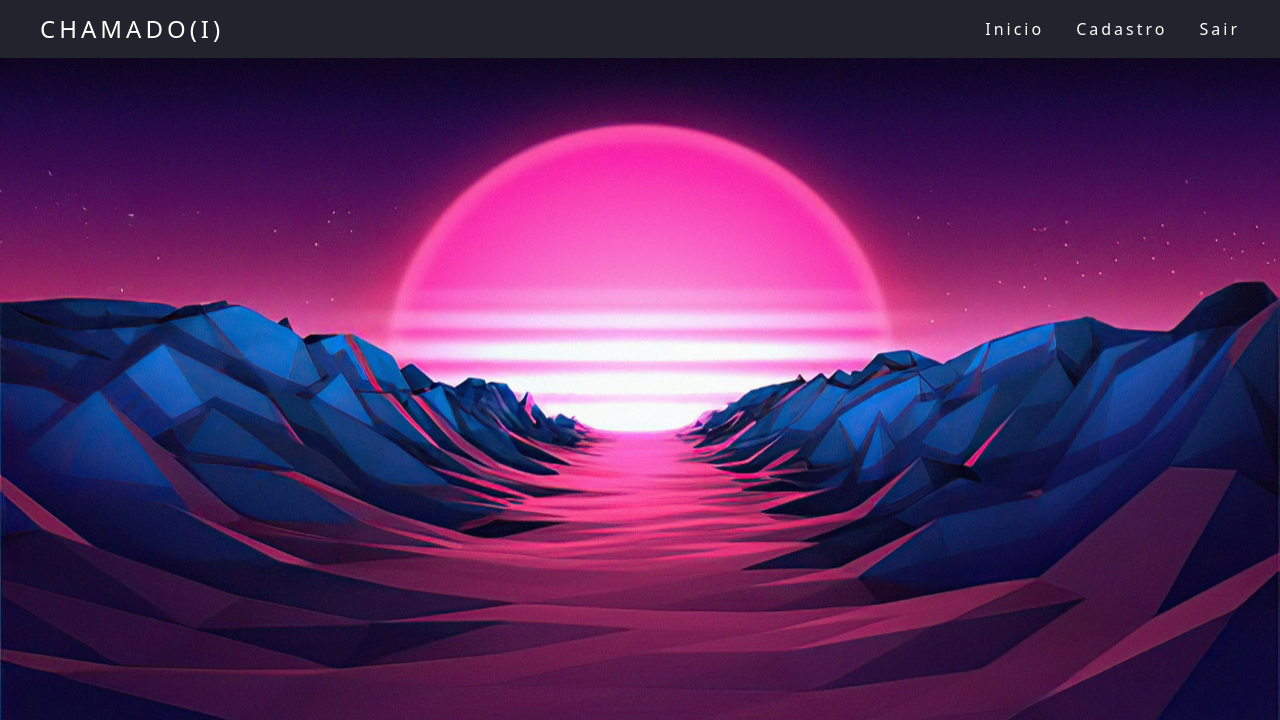
Repository: isaquemc2001/isaque-utilities
Page: index.html
The author's editor kept a copy of each file at every save. The page is drawn from the files as they stood at one save, then again after the next save.
The browser window is 1280 px wide. The pictures show the whole page.

Above is the page before, as saved 2021-10-28 12:51:00.

### index.html
<!DOCTYPE html>
<html lang="pt-br">

<head>
    <meta charset="UTF-8" />
    <meta http-equiv="X-UA-Compatible" content="IE=edge" />
    <meta name="viewport" content="width=device-width, initial-scale=1.0" />
    <title>Navbar</title>
    <link rel="stylesheet" href="style.css" />
</head>

<body>
    <header>
        <nav>
            <a class="logo" href="/">Chamado(i)</a>
            <div class="mobile-menu">
                <div class="line1"></div>
                <div class="line2"></div>
                <div class="line3"></div>
            </div>
            <ul class="nav-list">
                <li><a href="#">Inicio</a></li>
                <li><a href="#">Cadastro</a></li>
                <li><a href="#">Sair</a></li>
            </ul>
        </nav>
    </header>
    <main></main>
    <script src="mobile_navbar.js"></script>
</body>

</html>

### style.css
* {
    margin: 0;
    padding: 0;
}

a {
    color: #fff;
    text-decoration: none;
    transition: 0.3s;
}

a:hover {
    opacity: 0.7;
}

.logo {
    font-size: 24px;
    text-transform: uppercase;
    letter-spacing: 4px;
    margin-left: 40px;
}

nav {
    display: flex;
    justify-content: space-between;
    align-items: center;
    font-family: system-ui, -apple-system, Helvetica, Arial, sans-serif;
    background: #23232e;
    height: 8vh;
}

main {
    background: url("bg.jpg") no-repeat center center;
    background-size: cover;
    height: 92vh;
}

.nav-list {
    list-style: none;
    display: flex;
    margin-right: 40px;
}

.nav-list li {
    letter-spacing: 3px;
    margin-left: 32px;
}

.mobile-menu {
    display: none;
    cursor: pointer;
}

.mobile-menu div {
    width: 32px;
    height: 2px;
    background: #fff;
    margin: 8px;
    transition: 0.3s;
}

@media (max-width: 999px) {
    body {
        overflow-x: hidden;
    }
    .nav-list {
        position: absolute;
        top: 8vh;
        right: 0;
        width: 50vw;
        height: 92vh;
        background: #23232e;
        flex-direction: column;
        align-items: center;
        justify-content: space-around;
        transform: translateX(100%);
        transition: transform 0.3s ease-in;
    }
    .nav-list li {
        margin-left: 0;
        opacity: 0;
    }
    .mobile-menu {
        display: block;
    }
}

.nav-list.active {
    transform: translateX(0);
}

@keyframes navLinkFade {
    from {
        opacity: 0;
        transform: translateX(50px);
    }
    to {
        opacity: 1;
        transform: translateX(0);
    }
}

.mobile-menu.active .line1 {
    transform: rotate(-45deg) translate(-8px, 8px);
}

.mobile-menu.active .line2 {
    opacity: 0;
}

.mobile-menu.active .line3 {
    transform: rotate(45deg) translate(-6px, -6px);
}

### mobile_navbar.js
class MobileNavbar {
    constructor(mobileMenu, navList, navLinks) {
      this.mobileMenu = document.querySelector(mobileMenu);
      this.navList = document.querySelector(navList);
      this.navLinks = document.querySelectorAll(navLinks);
      this.activeClass = "active";

      this.handleClick = this.handleClick.bind(this);
    }

    animateLinks() {
      this.navLinks.forEach((link, index) => {
        link.style.animation
          ? (link.style.animation = "")
          : (link.style.animation = `navLinkFade 0.5s ease forwards ${
              index / 7 + 0.3
            }s`);
      });
    }

    handleClick() {
      this.navList.classList.toggle(this.activeClass);
      this.mobileMenu.classList.toggle(this.activeClass);
      this.animateLinks();
    }

    addClickEvent() {
      this.mobileMenu.addEventListener("click", this.handleClick);
    }

    init() {
      if (this.mobileMenu) {
        this.addClickEvent();
      }
      return this;
    }
  }

  const mobileNavbar = new MobileNavbar(
    ".mobile-menu",
    ".nav-list",
    ".nav-list li",
  );
  mobileNavbar.init();

After the next save:
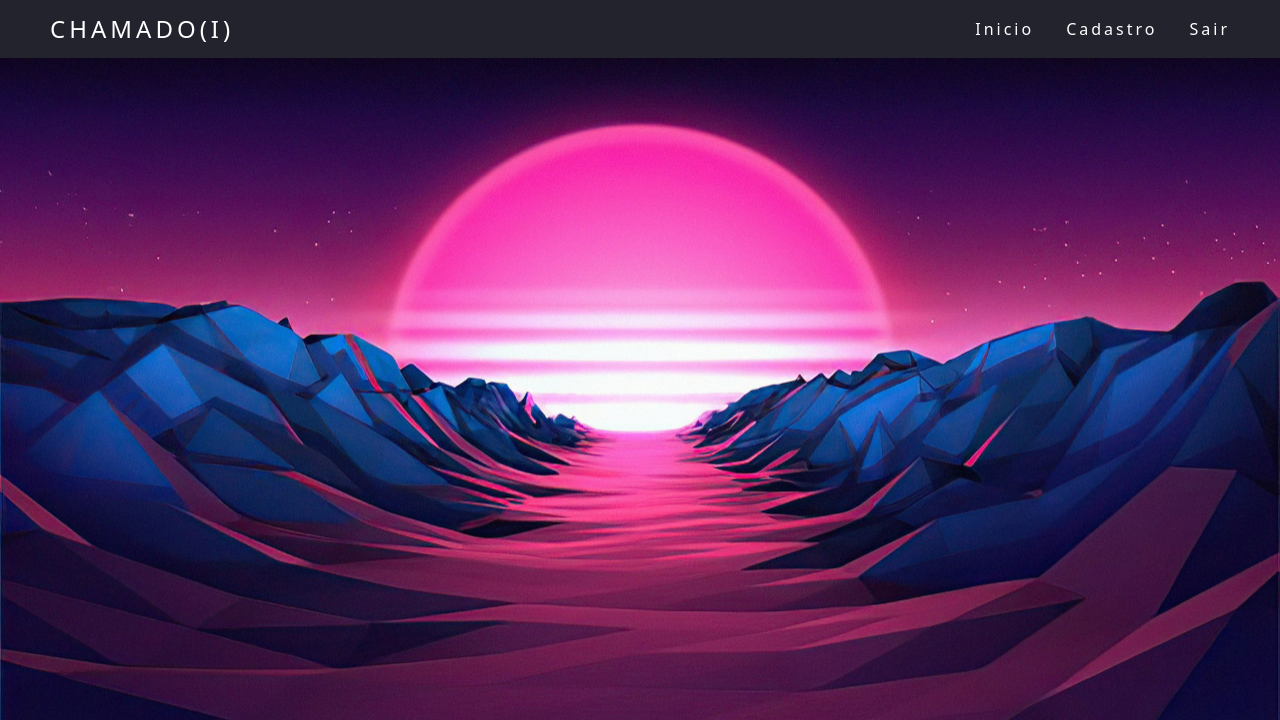
Saved 15 s later.
--- a/style.css
+++ b/style.css
@@ -17,7 +17,7 @@ a:hover {
     font-size: 24px;
     text-transform: uppercase;
     letter-spacing: 4px;
-    margin-left: 40px;
+    margin-left: 50px;
 }
 
 nav {
@@ -38,7 +38,7 @@ main {
 .nav-list {
     list-style: none;
     display: flex;
-    margin-right: 40px;
+    margin-right: 50px;
 }
 
 .nav-list li {
